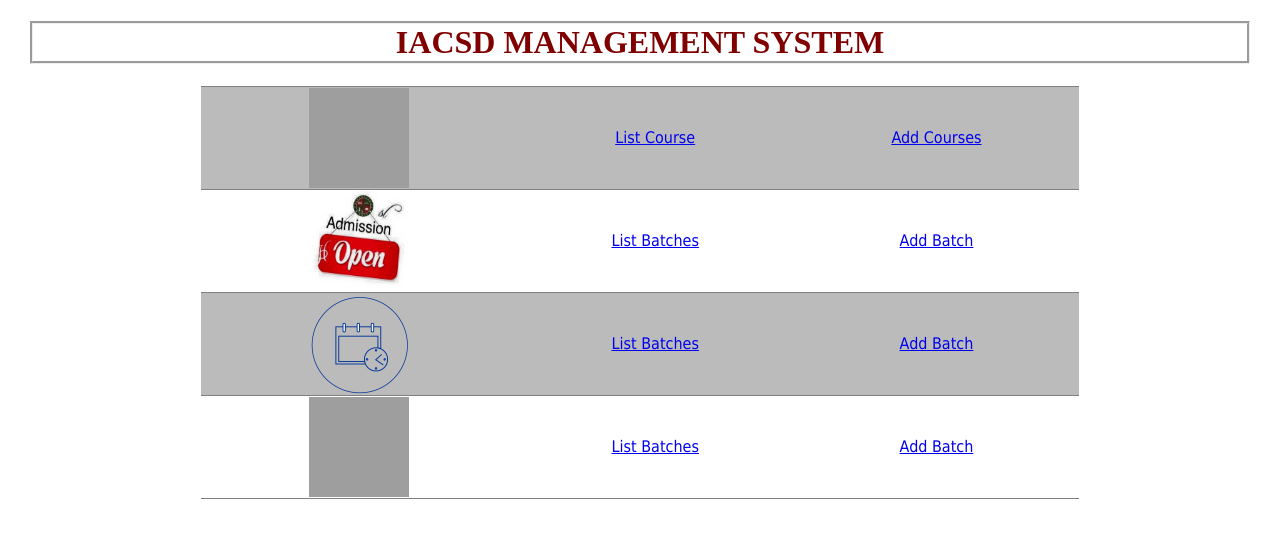
Repository: vsc8791/IMS
Page: http://localhost/web-customer-tracker/
An editor plug-in stored every save of this project. The page is shown before and after the next save, followed by the edit.
The browser window is 1280 px wide. The pictures show the whole page.
Pictures or frames that could not be fetched are drawn as grey boxes. The page is served by Tomcat 9. Other server files are loaded and not shown.

Above is the page before, as saved 2018-07-29 08:46:36.

### web-customer-tracker/WebContent/index.jsp
<%@ page language="java" contentType="text/html; charset=ISO-8859-1"
	pageEncoding="ISO-8859-1"%>
<!DOCTYPE html PUBLIC "-//W3C//DTD HTML 4.01 Transitional//EN" "http://www.w3.org/TR/html4/loose.dtd">
<html>
<head>
<meta http-equiv="Content-Type" content="text/html; charset=ISO-8859-1">

<!-- reference our style sheet -->

<link type="text/css" rel="stylesheet"
	href="${pageContext.request.contextPath}/resources/css/style.css" />
<title>Welcome-Page</title>
</head>
<body>

	<%-- <a href="http://localhost:8082/web-customer-tracker/customer/list">List Course</a><br>
<a href="http://localhost:8082/web-customer-tracker/customer/showFormForAdd">Add Courses</a><br>
<a href="http://localhost:8082/web-customer-tracker/student/list">GET LIST OF STUDENTS</a><br>
<a href="http://localhost:8082/web-customer-tracker/student/register">Register New Student</a><br>
<a href="http://localhost:8082/web-customer-tracker/faculty/list">GET LIST OF Faculty</a><br>
<a href="http://localhost:8082/web-customer-tracker/faculty/register">Register New Faculty</a><br>
<a href="http://localhost:8082/web-customer-tracker/schedule/list">GET LIST OF schedule</a><br>
<a href="http://localhost:8082/web-customer-tracker/schedule/showFormForAdd">Set Schedule</a><br>
<a href="http://localhost:8082/web-customer-tracker/result/list">Results</a><br>
<a href="http://localhost:8082/web-customer-tracker/result/showFormForAdd">add result</a><br>
<a href="http://localhost:8082/web-customer-tracker/batch/list">Batch Details</a><br>
<a href="http://localhost:8082/web-customer-tracker/batch/showFormForAdd">Add New Batch</a><br>

<img src="${pageContext.request.contextPath}/images/courses.jpg" /> --%>
	<h1 align="center"
		style="font-family: cursive; font-size: xx-large;; color: maroon; border: groove;">IACSD
		MANAGEMENT SYSTEM</h1>
	<%-- <img src="${pageContext.request.contextPath}/images/courses.jpg" /> --%>

	<table align="center">
		<tr>
			<td><img
				src="${pageContext.request.contextPath}/images/courses.jpg"
				height="100px" width="100px" /></td>
			<td><a
				href="http://localhost:8082/web-customer-tracker/customer/list">List
					Course</a><br></td>
			<td><a
				href="http://localhost:8082/web-customer-tracker/customer/showFormForAdd">Add
					Courses</a><br></td>
		</tr>
			<tr>
			<td><img
				src="${pageContext.request.contextPath}/images/batch.jpg"
				height="100px" width="100px" /></td>
			<td><a
				href="http://localhost:8082/web-customer-tracker/batch/list">List
					Batches</a><br></td>
			<td><a
				href="http://localhost:8082/web-customer-tracker/batch/showFormForAdd">Add
					Batch</a><br></td>
		</tr>

					<tr>
			<td><img
				src="${pageContext.request.contextPath}/images/schedule.png"
				height="100px" width="100px" /></td>
			<td><a
				href="http://localhost:8082/web-customer-tracker/schedule/list">List
					Batches</a><br></td>
			<td><a
				href="http://localhost:8082/web-customer-tracker/schedule/showFormForAdd">Add
					Batch</a><br></td>
		</tr>

					<tr>
			<td><img
				src="${pageContext.request.contextPath}/images/result.png"
				height="100px" width="100px" /></td>
			<td><a
				href="http://localhost:8082/web-customer-tracker/result/list">List
					Batches</a><br></td>
			<td><a
				href="http://localhost:8082/web-customer-tracker/result/showFormForAdd">Add
					Batch</a><br></td>
		</tr>
	</table>


</body>
</html>

<%-- <% response.sendRedirect("customer/list"); %> --%>

### web-customer-tracker/WebContent/resources/css/style.css
html, body{
	margin-left:15px; margin-right:15px;
	padding:0px;
	font-family:Verdana, Arial, Helvetica, sans-serif;
}

table {
	border-collapse:collapse;
	border-bottom:1px solid gray;
	font-family: Tahoma,Verdana,Segoe,sans-serif;
	width:72%;
}

th {
	border-bottom:1px solid gray;
	background:none repeat scroll 0 0 #09c332;
	padding:10px;
	color: #FFFFFF;
}

tr {
	border-top:1px solid gray;
	text-align:center;
}

tr:nth-child(even) {background: #FFFFFF}
tr:nth-child(odd) {background: #BBBBBB}

#wrapper {width: 100%; margin-top: 0px; }
#header {width: 70%; background:#09c332; margin-top: 0px; padding:15px 0px 15px 15px;}
#header h2 {width: 100%; margin:auto; color: #FFFFFF;}
#container {width: 100%; margin:auto}
#container h3 {color: #000;}
#container #content {margin-top: 20px;}

.add-button {
	border: 1px solid #666;
	border-radius: 5px;
	padding: 4px;
	font-size: 12px;
	font-weight: bold;
	width: 120px;
	padding: 5px 10px;

	margin-bottom: 15px;
	background: #cccccc;
}

After the next save:
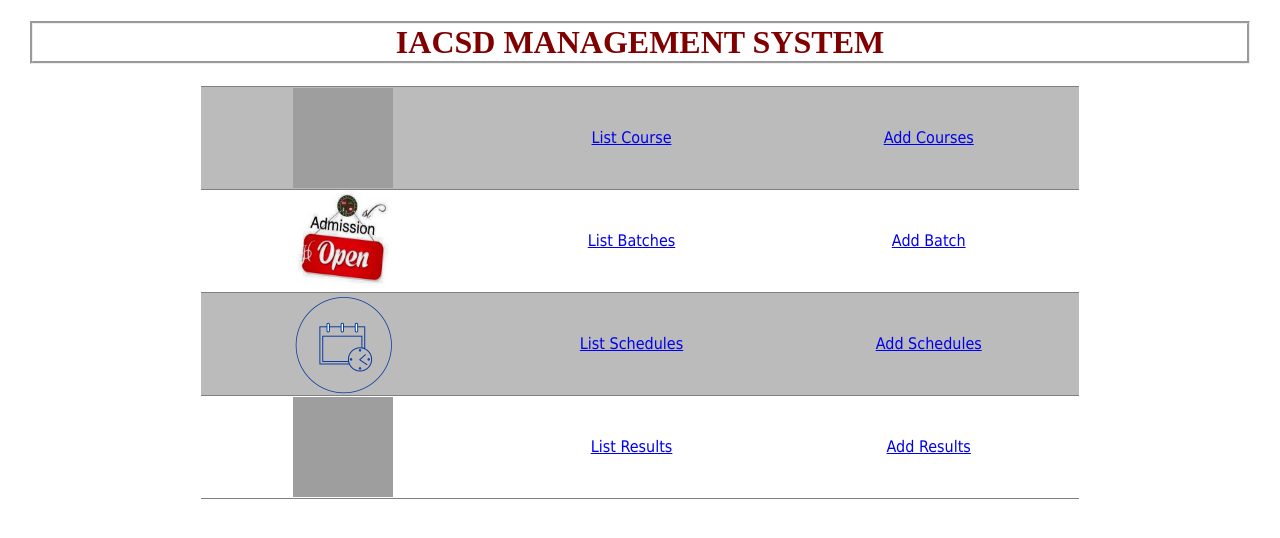
Saved 109 s later.
--- a/web-customer-tracker/WebContent/index.jsp
+++ b/web-customer-tracker/WebContent/index.jsp
@@ -62,10 +62,10 @@
 				height="100px" width="100px" /></td>
 			<td><a
 				href="http://localhost:8082/web-customer-tracker/schedule/list">List
-					Batches</a><br></td>
+					Schedules</a><br></td>
 			<td><a
 				href="http://localhost:8082/web-customer-tracker/schedule/showFormForAdd">Add
-					Batch</a><br></td>
+					Schedules</a><br></td>
 		</tr>
 
 					<tr>
@@ -74,10 +74,10 @@
 				height="100px" width="100px" /></td>
 			<td><a
 				href="http://localhost:8082/web-customer-tracker/result/list">List
-					Batches</a><br></td>
+					Results</a><br></td>
 			<td><a
 				href="http://localhost:8082/web-customer-tracker/result/showFormForAdd">Add
-					Batch</a><br></td>
+					Results</a><br></td>
 		</tr>
 	</table>
 
